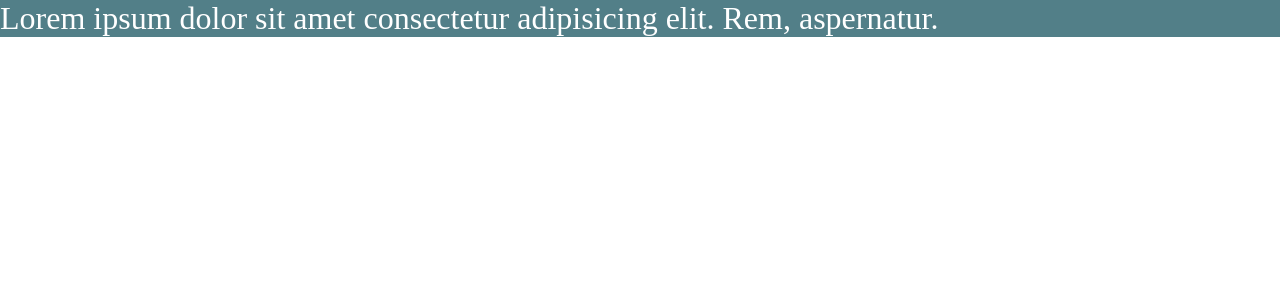
Repository: DaNiels89/frontendassignmentbogbootcamp
Page: index.html
The author's editor kept a copy of each file at every save. The page is drawn from the files as they stood at one save, then again after the next save.
The browser window is 1280 px wide. The pictures show the whole page.

Above is the page before, as saved 2020-03-19 16:47:18.

### index.html
<!DOCTYPE html>
<html lang="en">
  <head>
    <meta charset="UTF-8" />
    <meta name="viewport" content="width=device-width, initial-scale=1.0" />
    <title>Front end Assignment - Carousel</title>
    <link rel="stylesheet" href="css/styles.css" />
  </head>
  <body>
    <div class="promotion-bar">
      Lorem ipsum dolor sit amet consectetur adipisicing elit. Rem, aspernatur.
    </div>
    <div class="nav"></div>
    <div class="carousel"></div>
  </body>
</html>

### css/styles.css
* {
  box-sizing: border-box;
  margin: 0;
  padding: 0;
}

.promotion-bar {
  background-color: rgb(82, 127, 136);
  color: white;
  font-size: 2rem;
}

After the next save:
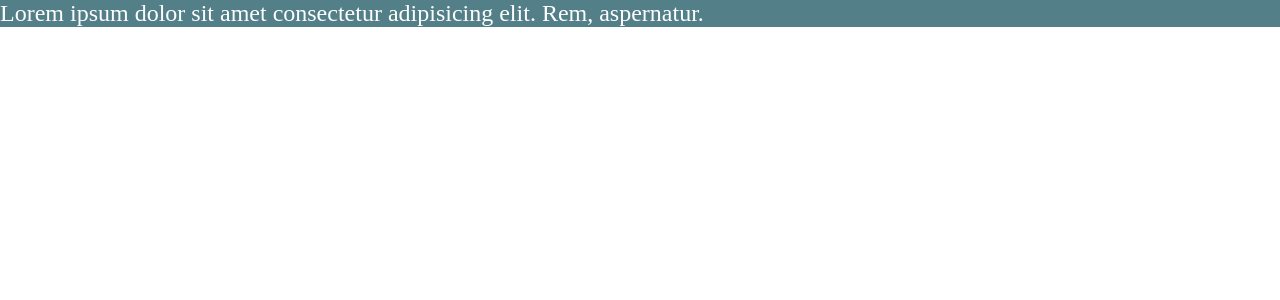
Saved 72 s later.
--- a/css/styles.css
+++ b/css/styles.css
@@ -7,5 +7,5 @@
 .promotion-bar {
   background-color: rgb(82, 127, 136);
   color: white;
-  font-size: 2rem;
+  font-size: 1.5rem;
 }
